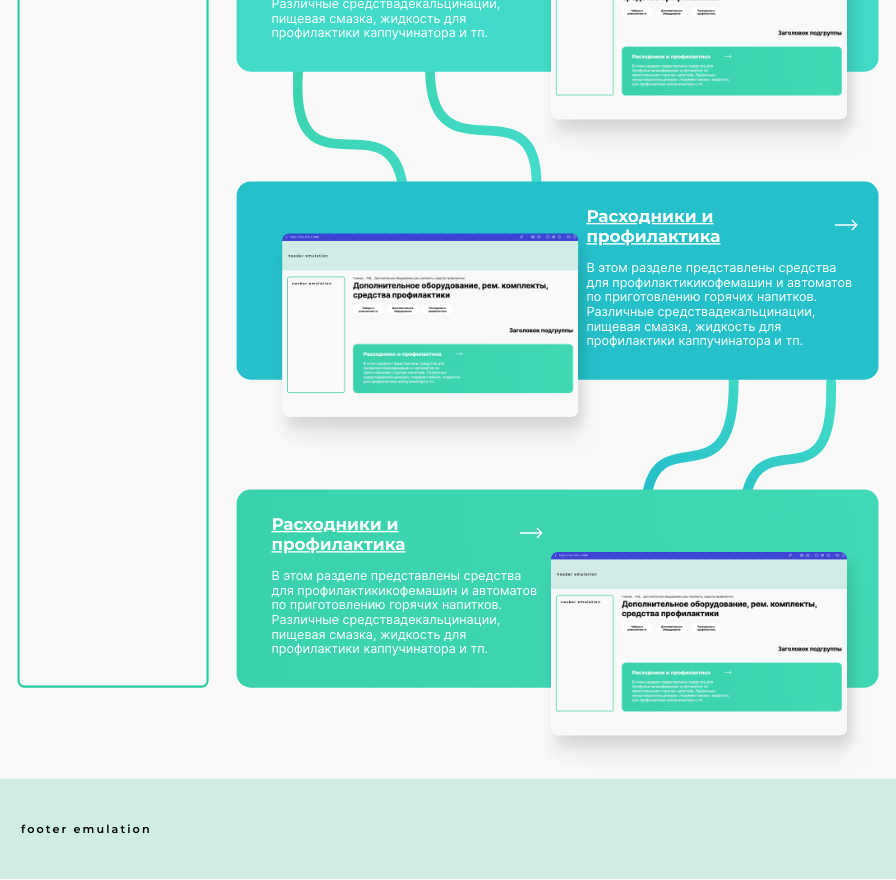
Repository: axonde/venpart-faq-pages
Page: index.html
An editor plug-in stored every save of this project. The page is shown before and after the next save, followed by the edit.
The browser window is 1280 px wide. The pictures show the part of the page from y = 1378 to 3298 px (the page is 2635 px tall before and 3298 px after), at 70% of full size.

Above is the page before, as saved 2024-02-28 20:14:20.

### index.html
<!DOCTYPE html>
<html lang="ru">
<head>
	<meta charset="UTF-8">
	<meta name="viewport" content="width=device-width, initial-scale=1.0">
	<title>Venpart FAQ page</title>
	<link rel="stylesheet" href="style.css">
	<script defer src="script.js"></script>
</head>
<body>
	<header>
		header emulation
	</header>

	<main>
		<div class="navbar">
			navbar emulation
		</div>

		<div class="main__content">
			<!-- <nav xmlns:v="http://rdf.data-vocabulary.org/#" class="breadcumbs">
				<div class="breadcumbs__container">
					<div typeof="v:Breadcrumb" class="breadcumb"><a href="/" rel="v:url" property="v:title">Главная</a></div>
					<div typeof="v:Breadcrumb" class="breadcumb"><a href="/catalog/necta-1647/" rel="v:url" property="v:title">FAQ</a></div>
					<div typeof="v:Breadcrumb" class="breadcumb"><a href="/catalog/kikko-kikko-max-41269/" rel="v:url" property="v:title">Дополнительное оборудование, рем. комплекты, средства профилактики</a></div>
				</div>
			</nav> -->

			<!-- <div class="catalog__header">Дополнительное оборудование, рем. комплекты, средства профилактики</div> -->

			<div class="faq">
				<!-- <div class="catalog__buttons">
					<a class="catalog__button" id="">Наборы и ремкомплекты</a>
					<a class="catalog__button" id="">Дополнительное оборудование</a>
					<a class="catalog__button" id="">Расходники и профилактика</a>
				</div> -->

				<div class="faq__container">

					<!-- default group -->
					<div class="faq__group">

						<div class="faq__header">Заголовок подгруппы</div>

						<div class="faq__items">
							<div class="faq__item">
								<div class="faq__item--wrapper">
									<div class="faq__item--text-wrapper">
										<div class="faq__item--text-name">
											<a href="#">Расходники и профилактика</a>
											<span>
												<svg width="33" height="16" viewBox="0 0 33 16" fill="none" xmlns="http://www.w3.org/2000/svg">
													<path d="M1.32739 7C0.775108 7 0.327393 7.44772 0.327393 8C0.327393 8.55228 0.775108 9 1.32739 9L1.32739 7ZM32.7072 8.70711C33.0978 8.31659 33.0978 7.68342 32.7072 7.2929L26.3433 0.928935C25.9527 0.53841 25.3196 0.53841 24.9291 0.928935C24.5385 1.31946 24.5385 1.95262 24.9291 2.34315L30.5859 8L24.9291 13.6569C24.5385 14.0474 24.5385 14.6805 24.9291 15.0711C25.3196 15.4616 25.9527 15.4616 26.3433 15.0711L32.7072 8.70711ZM1.32739 9L32.0001 9L32.0001 7L1.32739 7L1.32739 9Z" fill="white"/>
												</svg>
											</span>
										</div>

										<div class="faq__item--text-text">
											В этом разделе представлены средства для профилактикикофемашин и автоматов по приготовлению горячих напитков. Различные средствадекальцинации, пищевая смазка, жидкость для профилактики каппучинатора и тп.
										</div>
									</div>

									<div class="faq__item--image">
										<img src="image.png" alt="default-img">
									</div>
								</div>
							</div>

							<div class="faq__item">
								<div class="faq__item--wrapper">
									<div class="faq__item--text-wrapper">
										<div class="faq__item--text-name">
											<a href="#">Расходники и профилактика</a>
											<span>
												<svg width="33" height="16" viewBox="0 0 33 16" fill="none" xmlns="http://www.w3.org/2000/svg">
													<path d="M1.32739 7C0.775108 7 0.327393 7.44772 0.327393 8C0.327393 8.55228 0.775108 9 1.32739 9L1.32739 7ZM32.7072 8.70711C33.0978 8.31659 33.0978 7.68342 32.7072 7.2929L26.3433 0.928935C25.9527 0.53841 25.3196 0.53841 24.9291 0.928935C24.5385 1.31946 24.5385 1.95262 24.9291 2.34315L30.5859 8L24.9291 13.6569C24.5385 14.0474 24.5385 14.6805 24.9291 15.0711C25.3196 15.4616 25.9527 15.4616 26.3433 15.0711L32.7072 8.70711ZM1.32739 9L32.0001 9L32.0001 7L1.32739 7L1.32739 9Z" fill="white"/>
												</svg>
											</span>
										</div>

										<div class="faq__item--text-text">
											В этом разделе представлены средства для профилактикикофемашин и автоматов по приготовлению горячих напитков. Различные средствадекальцинации, пищевая смазка, жидкость для профилактики каппучинатора и тп.
										</div>
									</div>

									<div class="faq__item--image">
										<img src="image.png" alt="default-img">
									</div>
								</div>
							</div>

							<div class="faq__item">
								<div class="faq__item--wrapper">
									<div class="faq__item--text-wrapper">
										<div class="faq__item--text-name">
											<a href="#">Расходники и профилактика</a>
											<span>
												<svg width="33" height="16" viewBox="0 0 33 16" fill="none" xmlns="http://www.w3.org/2000/svg">
													<path d="M1.32739 7C0.775108 7 0.327393 7.44772 0.327393 8C0.327393 8.55228 0.775108 9 1.32739 9L1.32739 7ZM32.7072 8.70711C33.0978 8.31659 33.0978 7.68342 32.7072 7.2929L26.3433 0.928935C25.9527 0.53841 25.3196 0.53841 24.9291 0.928935C24.5385 1.31946 24.5385 1.95262 24.9291 2.34315L30.5859 8L24.9291 13.6569C24.5385 14.0474 24.5385 14.6805 24.9291 15.0711C25.3196 15.4616 25.9527 15.4616 26.3433 15.0711L32.7072 8.70711ZM1.32739 9L32.0001 9L32.0001 7L1.32739 7L1.32739 9Z" fill="white"/>
												</svg>
											</span>
										</div>

										<div class="faq__item--text-text">
											В этом разделе представлены средства для профилактикикофемашин и автоматов по приготовлению горячих напитков. Различные средствадекальцинации, пищевая смазка, жидкость для профилактики каппучинатора и тп.
										</div>
									</div>

									<div class="faq__item--image">
										<img src="image.png" alt="default-img">
									</div>
								</div>
							</div>

							<div class="faq__item">
								<div class="faq__item--wrapper">
									<div class="faq__item--text-wrapper">
										<div class="faq__item--text-name">
											<a href="#">Расходники и профилактика</a>
											<span>
												<svg width="33" height="16" viewBox="0 0 33 16" fill="none" xmlns="http://www.w3.org/2000/svg">
													<path d="M1.32739 7C0.775108 7 0.327393 7.44772 0.327393 8C0.327393 8.55228 0.775108 9 1.32739 9L1.32739 7ZM32.7072 8.70711C33.0978 8.31659 33.0978 7.68342 32.7072 7.2929L26.3433 0.928935C25.9527 0.53841 25.3196 0.53841 24.9291 0.928935C24.5385 1.31946 24.5385 1.95262 24.9291 2.34315L30.5859 8L24.9291 13.6569C24.5385 14.0474 24.5385 14.6805 24.9291 15.0711C25.3196 15.4616 25.9527 15.4616 26.3433 15.0711L32.7072 8.70711ZM1.32739 9L32.0001 9L32.0001 7L1.32739 7L1.32739 9Z" fill="white"/>
												</svg>
											</span>
										</div>

										<div class="faq__item--text-text">
											В этом разделе представлены средства для профилактикикофемашин и автоматов по приготовлению горячих напитков. Различные средствадекальцинации, пищевая смазка, жидкость для профилактики каппучинатора и тп.
										</div>
									</div>

									<div class="faq__item--image">
										<img src="image.png" alt="default-img">
									</div>
								</div>
							</div>

							<div class="faq__item">
								<div class="faq__item--wrapper">
									<div class="faq__item--text-wrapper">
										<div class="faq__item--text-name">
											<a href="#">Расходники и профилактика</a>
											<span>
												<svg width="33" height="16" viewBox="0 0 33 16" fill="none" xmlns="http://www.w3.org/2000/svg">
													<path d="M1.32739 7C0.775108 7 0.327393 7.44772 0.327393 8C0.327393 8.55228 0.775108 9 1.32739 9L1.32739 7ZM32.7072 8.70711C33.0978 8.31659 33.0978 7.68342 32.7072 7.2929L26.3433 0.928935C25.9527 0.53841 25.3196 0.53841 24.9291 0.928935C24.5385 1.31946 24.5385 1.95262 24.9291 2.34315L30.5859 8L24.9291 13.6569C24.5385 14.0474 24.5385 14.6805 24.9291 15.0711C25.3196 15.4616 25.9527 15.4616 26.3433 15.0711L32.7072 8.70711ZM1.32739 9L32.0001 9L32.0001 7L1.32739 7L1.32739 9Z" fill="white"/>
												</svg>
											</span>
										</div>

										<div class="faq__item--text-text">
											В этом разделе представлены средства для профилактикикофемашин и автоматов по приготовлению горячих напитков. Различные средствадекальцинации, пищевая смазка, жидкость для профилактики каппучинатора и тп.
										</div>
									</div>

									<div class="faq__item--image">
										<img src="image.png" alt="default-img">
									</div>
								</div>
							</div>
						</div>
					</div>

				</div>
			</div>
		</div>
	</main>

	<footer>
		footer emulation
	</footer>
</body>
</html>

Loaded but not shown: script.js (24 lines, source omitted); style.css (713 lines, source omitted)

After the next save:
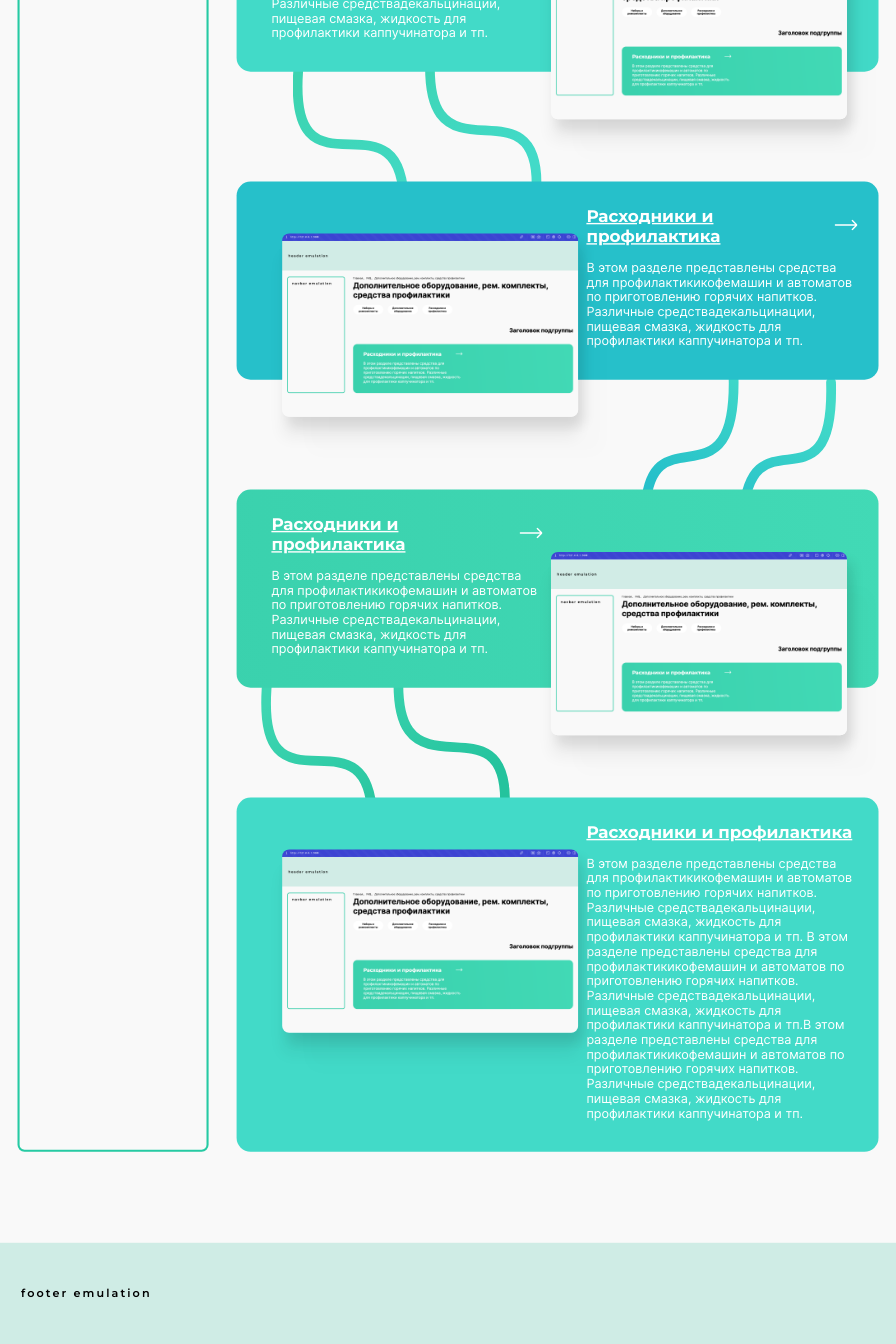
Saved 64 s later.
--- a/index.html
+++ b/index.html
@@ -157,6 +157,29 @@
 									</div>
 								</div>
 							</div>
+
+							<div class="faq__item block">
+								<div class="faq__item--wrapper">
+									<div class="faq__item--text-wrapper">
+										<div class="faq__item--text-name">
+											<a href="#">Расходники и профилактика</a>
+											<!-- <span>
+												<svg width="33" height="16" viewBox="0 0 33 16" fill="none" xmlns="http://www.w3.org/2000/svg">
+													<path d="M1.32739 7C0.775108 7 0.327393 7.44772 0.327393 8C0.327393 8.55228 0.775108 9 1.32739 9L1.32739 7ZM32.7072 8.70711C33.0978 8.31659 33.0978 7.68342 32.7072 7.2929L26.3433 0.928935C25.9527 0.53841 25.3196 0.53841 24.9291 0.928935C24.5385 1.31946 24.5385 1.95262 24.9291 2.34315L30.5859 8L24.9291 13.6569C24.5385 14.0474 24.5385 14.6805 24.9291 15.0711C25.3196 15.4616 25.9527 15.4616 26.3433 15.0711L32.7072 8.70711ZM1.32739 9L32.0001 9L32.0001 7L1.32739 7L1.32739 9Z" fill="white"/>
+												</svg>
+											</span> -->
+										</div>
+
+										<div class="faq__item--text-text">
+											В этом разделе представлены средства для профилактикикофемашин и автоматов по приготовлению горячих напитков. Различные средствадекальцинации, пищевая смазка, жидкость для профилактики каппучинатора и тп. В этом разделе представлены средства для профилактикикофемашин и автоматов по приготовлению горячих напитков. Различные средствадекальцинации, пищевая смазка, жидкость для профилактики каппучинатора и тп.В этом разделе представлены средства для профилактикикофемашин и автоматов по приготовлению горячих напитков. Различные средствадекальцинации, пищевая смазка, жидкость для профилактики каппучинатора и тп.
+										</div>
+									</div>
+
+									<div class="faq__item--image">
+										<img src="image.png" alt="default-img">
+									</div>
+								</div>
+							</div>
 						</div>
 					</div>
 
